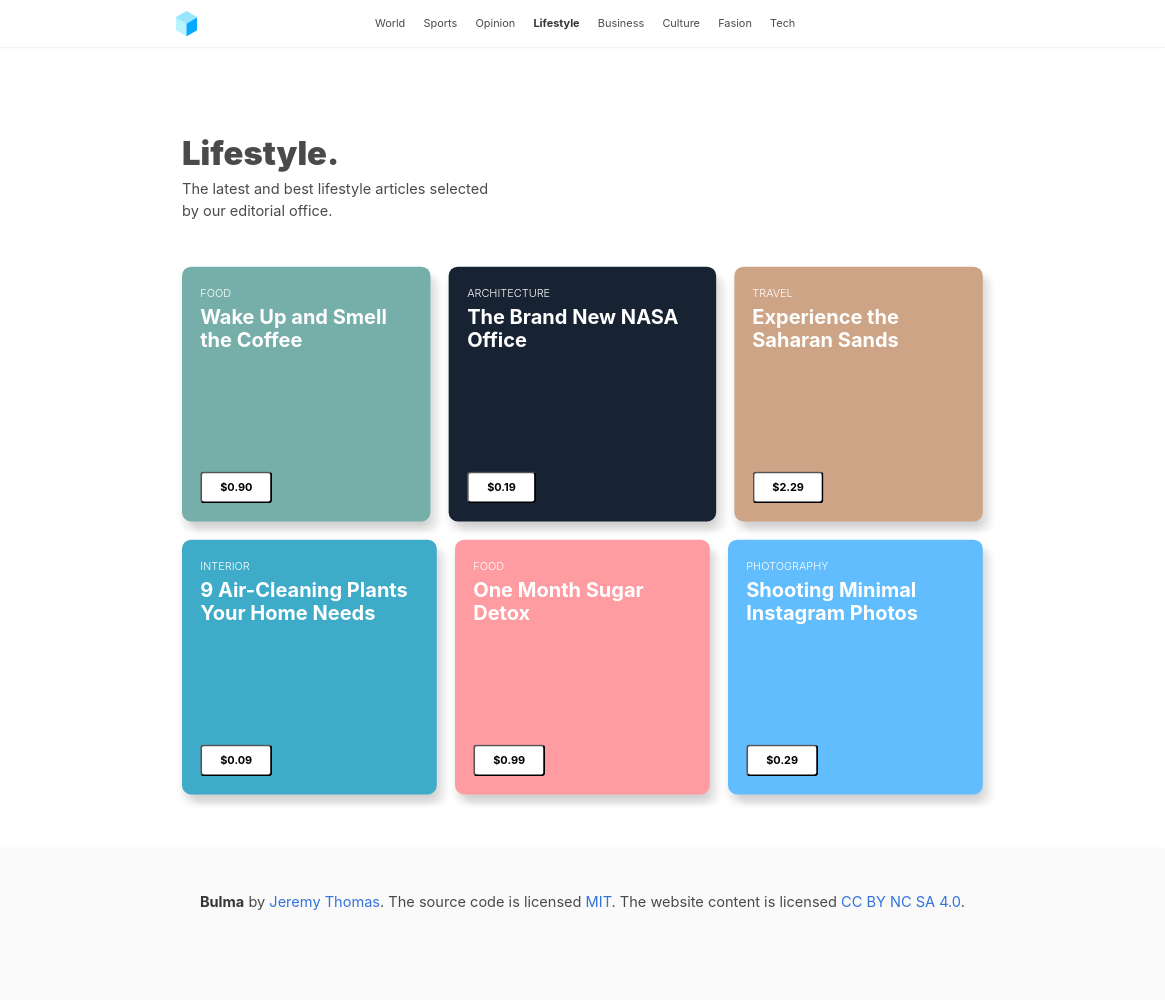
Repository: DOODpls/js_ass1
Page: index.html
The author's editor kept a copy of each file at every save. The page is drawn from the files as they stood at one save, then again after a run of saves.
The browser window is 1280 px wide. The pictures show the whole page, at 91% of full size.

Above is the page before, as saved 2019-11-22 19:03:39.

After the next 2 saves:
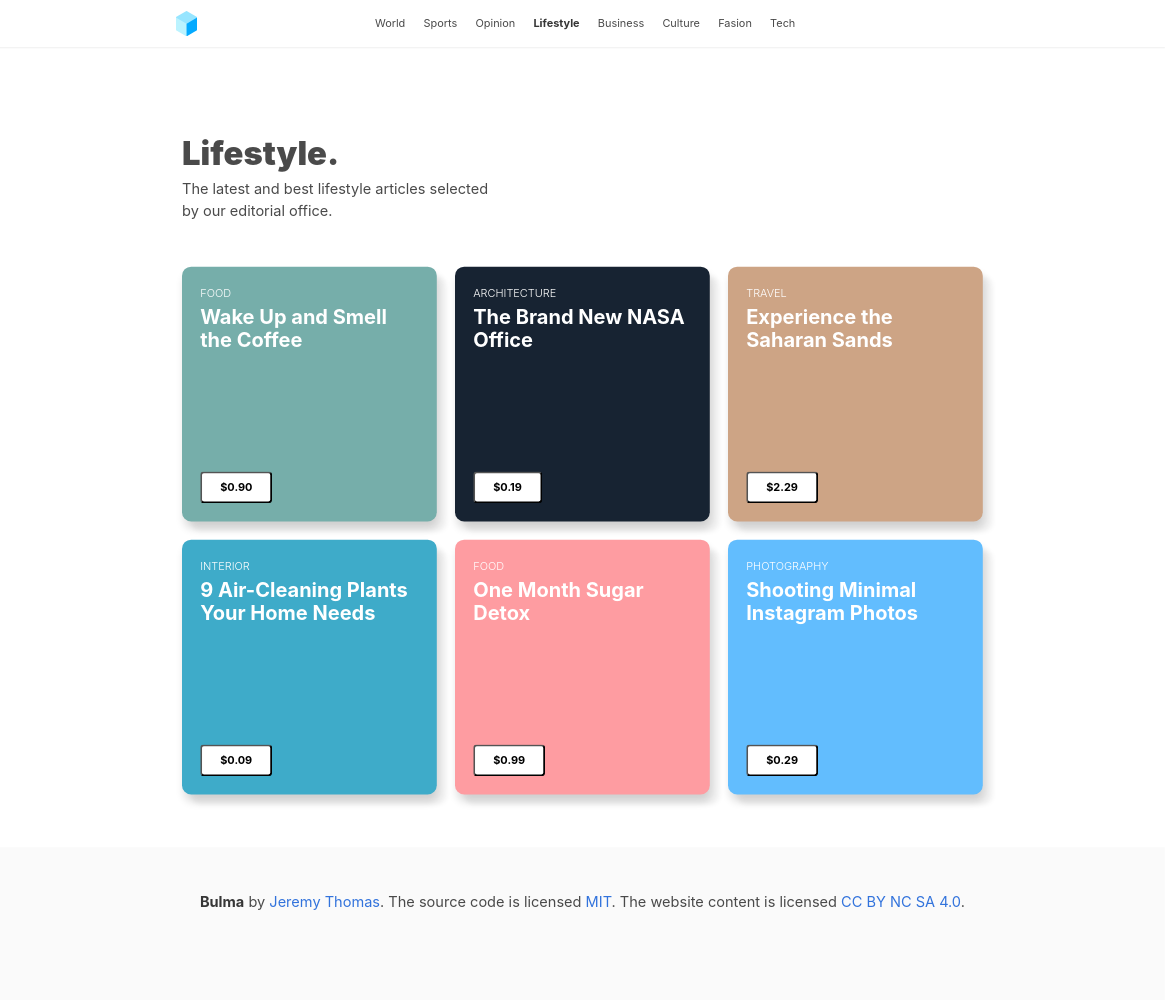
The 2 saves are shown as one change because they came seconds apart.
The last was saved 8 s later.
--- a/app.js
+++ b/app.js
@@ -65,7 +65,7 @@ const data = [
     for(i=0; i<data.length; i++){
         let heig
         if(i == 1){
-            heig = '250px'
+            heig = '230px'
         }
 
         const tilers = document.querySelector('#content')
